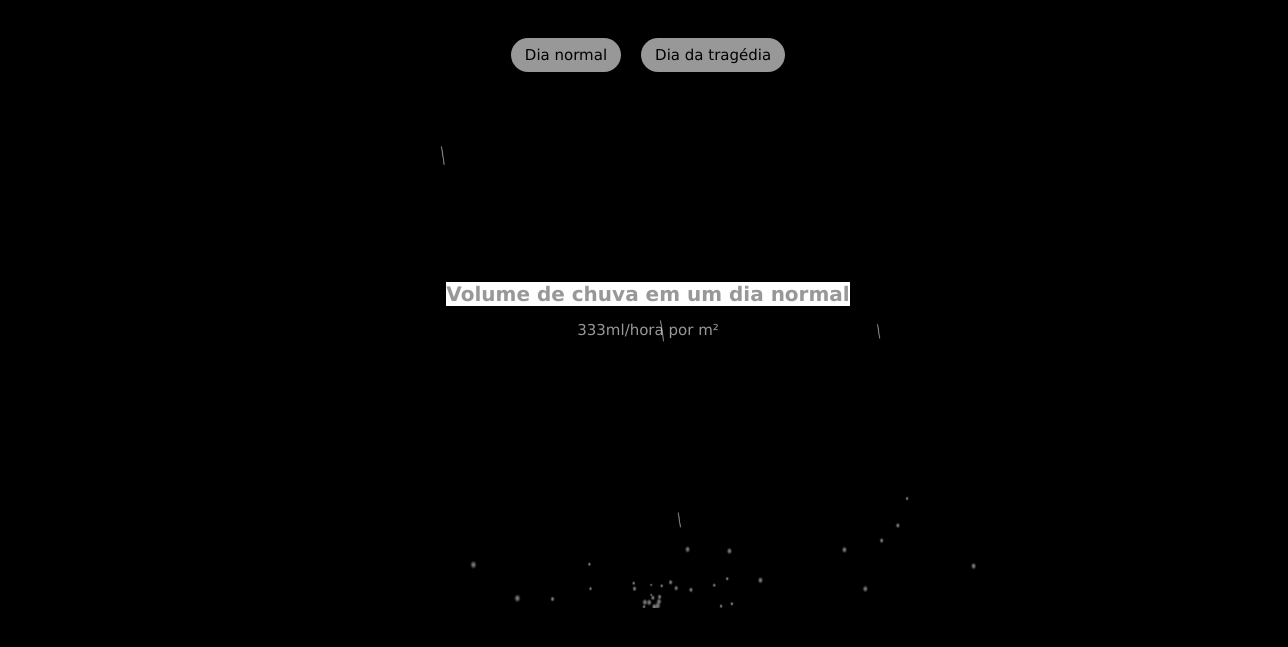
Repository: lucasthaynan/chuvas-estadao
Page: index.html
The author's editor kept a copy of each file at every save. The page is drawn from the files as they stood at one save, then again after the next save.
The browser window is 1280 px wide. The page is 1288 px wide, so the pictures cover 1288 px, including what lies to the right of the window. The pictures show the whole page.

Above is the page before, as saved 2023-02-24 12:12:43.
Console error: ReferenceError: dat is not defined

After the next save:
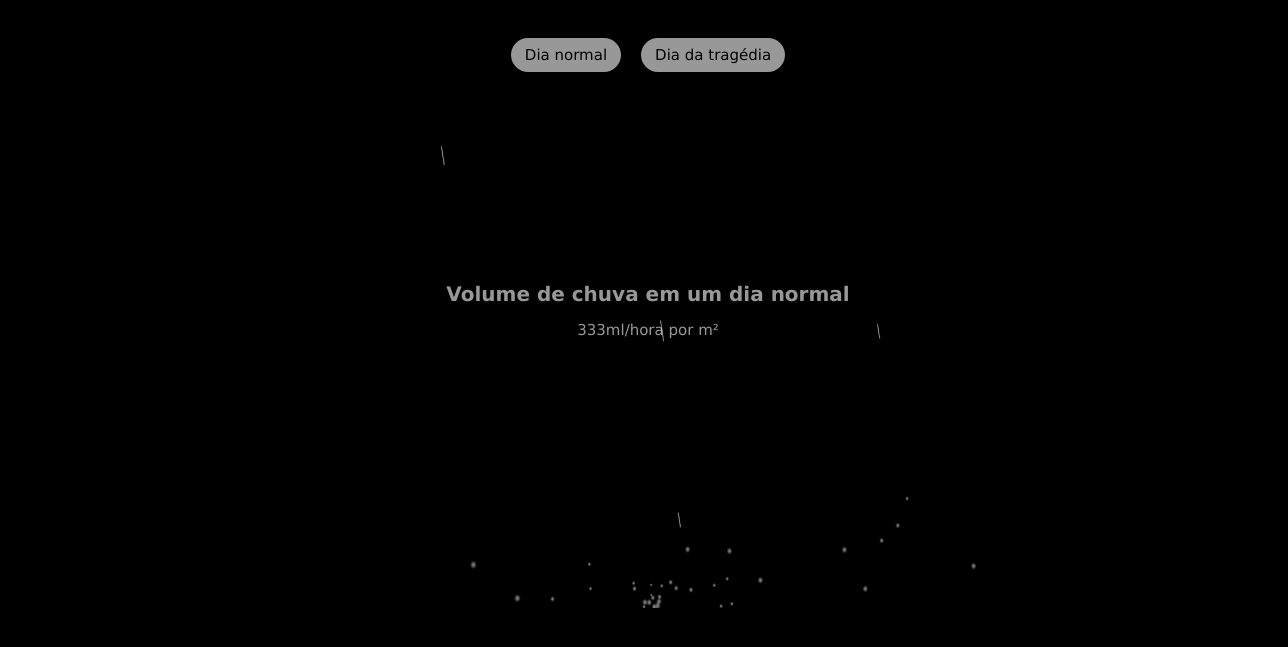
Saved 24 s later.
--- a/index.html
+++ b/index.html
@@ -14,7 +14,7 @@
     <div>
         <!-- <h1>Texto teste</h1> -->
         <div class="btns">
-            <button class="btn-nornal" onclick="clickNormal()">
+            <button class="btn-nornal active" onclick="clickNormal()">
                 <p>Dia normal</p>
             </button>
             <button class="btn-tragedia" onclick="clickTragedia()">
@@ -29,7 +29,7 @@
         </canvas>
 
     <div class="text">
-        <p class="destaque visible active">Volume de chuva em um dia normal</p>
+        <p class="destaque visible">Volume de chuva em um dia normal</p>
         <p class="volume visible">333ml/hora por m²</p>
     </div>
 
